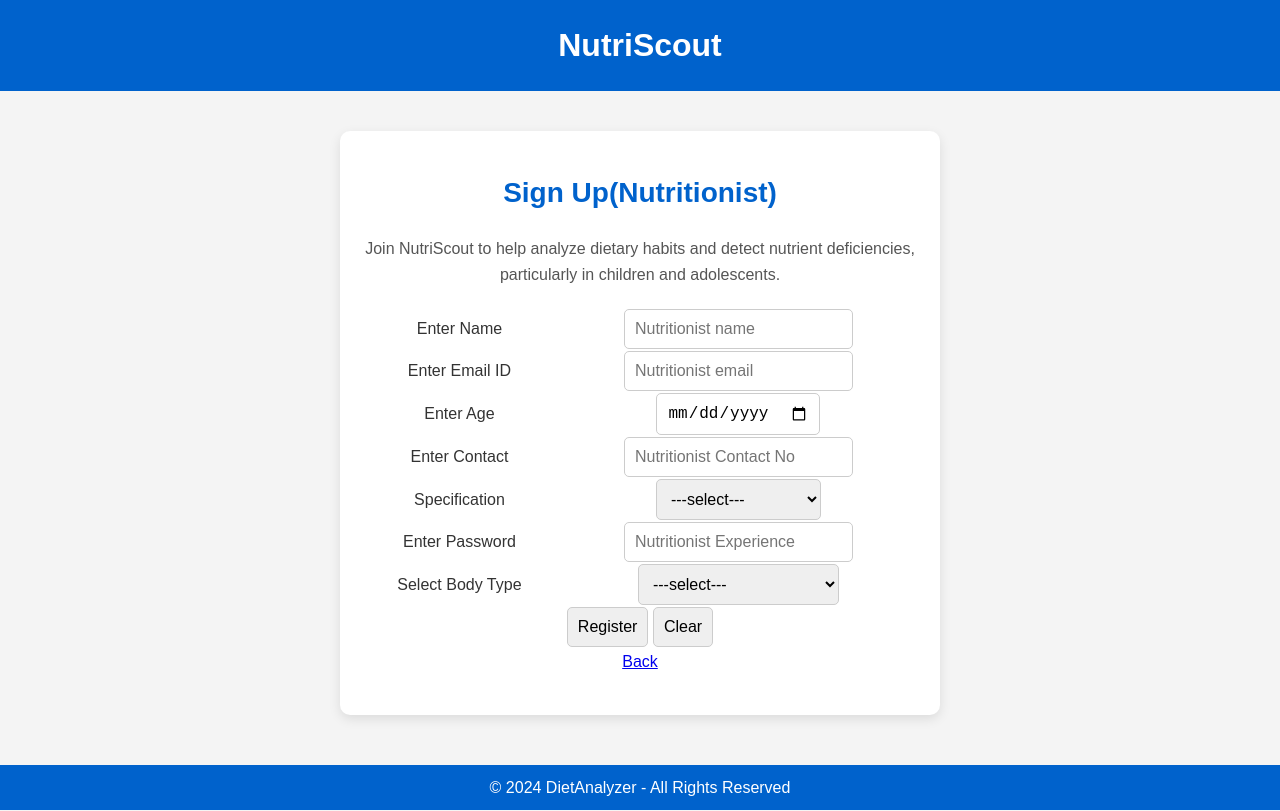
Repository: chaitanyasivathmika/NutrientDiet
Page: http://localhost/NutrientDiet/nusignup.jsp
These files come from the project's save history. The page is drawn as it stood at one moment and after a run of saves; the edit follows.
The browser window is 1280 px wide. The pictures show the whole page.
The page is served by Tomcat 10. Other server files are loaded and not shown.

Above is the page before, as saved 2024-11-16 16:29:50.

### NutrientDiet/src/main/webapp/nusignup.jsp
<%@ page language="java" contentType="text/html; charset=UTF-8"
    pageEncoding="UTF-8"%>
<!DOCTYPE html>
<html lang="en">
<head>
    <meta charset="UTF-8">
    <meta name="viewport" content="width=device-width, initial-scale=1.0">
    <title>Sign Up(Nutritionist) - NutriScout</title>
    <style>
        /* General Styling */
* {
    margin: 0;
    padding: 0;
    box-sizing: border-box;
}

body {
    font-family: 'Arial', sans-serif;
    background-color: #f4f4f4;
    color: #333;
    line-height: 1.6;
}

/* Header */
header {
    background-color: #0062cc;
    color: white;
    padding: 20px 0;
    text-align: center;
}

.logo h1 {
    font-size: 32px;
    font-weight: bold;
}

/* Signup Form */
main {
    padding: 40px 20px;
    max-width: 600px;
    margin: 40px auto;
    background-color: white;
    box-shadow: 0 4px 12px rgba(0, 0, 0, 0.1);
    border-radius: 10px;
    text-align: center;
}

.signup-form h2 {
    font-size: 28px;
    color: #0062cc;
    margin-bottom: 20px;
}

.signup-form p {
    font-size: 16px;
    margin-bottom: 20px;
    color: #555;
}

.signup-form form {
    display: flex;
    flex-direction: column;
    gap: 15px;
}

.signup-form label {
    font-size: 16px;
    text-align: left;
    color: #333;
}

.signup-form input, .signup-form select {
    padding: 10px;
    font-size: 16px;
    border: 1px solid #ccc;
    border-radius: 5px;
}

.signup-form input:focus, .signup-form select:focus {
    outline: none;
    border-color: #007bff;
}

.submit-btn {
    background-color: #007bff;
    color: white;
    padding: 12px 20px;
    border: none;
    border-radius: 5px;
    cursor: pointer;
    font-size: 18px;
    margin-top: 10px;
    transition: background-color 0.3s ease;
}

.submit-btn:hover {
    background-color: #0056b3;
}

.back-btn {
    background-color: #dc3545;
    color: white;
    padding: 10px 20px;
    border: none;
    border-radius: 5px;
    cursor: pointer;
    font-size: 16px;
    margin-top: 15px;
    transition: background-color 0.3s ease;
}

.back-btn:hover {
    background-color: #c82333;
}

/* Footer */
footer {
    text-align: center;
    padding: 10px 0;
    background-color: #0062cc;
    color: white;
    margin-top: 50px;
}

    </style>
</head>
<body>
    <header>
        <div class="nav-bar">
            <div class="logo">
                <h1>NutriScout</h1>
            </div>
        </div>
    </header>

    <main>
        <section class="signup-form">
            <h2>Sign Up(Nutritionist)</h2>
            <p>Join NutriScout to help analyze dietary habits and detect nutrient deficiencies, particularly in children and adolescents.</p>

            <form method="post" action="insertuser"> <!-- forced mapping/ method in the contoller -->
            <table>
               <tr>
                    <td><label for="nname">Enter Name</label></td>
                    <td><input type="text" id="nname" name="nname" required placeholder="Nutritionist name"/></td>
                </tr>
                <tr>
                    <td><label for="nemail">Enter Email ID</label></td>
                    <td><input type="email" id="nemail" name="nemail" required placeholder="Nutritionist email"/></td>
                </tr>
                <tr>
                    <td><label for="nage">Enter Age</label></td>
                    <td><input type="date" id="nage" name="nage" required placeholder="Nutritionist age"/></td>
                </tr>
                <tr>
                    <td><label for="ncontact">Enter Contact</label></td>
                    <td><input type="number" id="ncontact" name="ncontact" required placeholder="Nutritionist Contact No"/></td>
                </tr>
                 <tr>
                    <td><label>Specification</label></td>
                    <td>
                        <select id="nspecification" name="nspecification" required>
                        	<option value="">---select---</option>
                            <option value="general">General(Overall)</option>
                            <option value="cardiac">Cardiac</option>
                            <option value="sportsnutritionist">Sports Nutrtionist</option>
                            <option value="child">Child</option>
                            <option value="aged">Aged</option>
                        </select>
                    </td>
                </tr>
                 <tr>
                    <td><label for="nexperience">Enter Password</label></td>
                    <td><input type="text" id="nexperience" name="nexperience" required placeholder="Nutritionist Experience"/></td>
                </tr>

                <tr>
                    <td><label>Select Body Type</label></td>
                    <td>
                        <select id="ubodytype" name="ubodytype" required>
                        	<option value="">---select---</option>
                            <option value="Girl_Athletics">Girl_Athletics</option>
                            <option value="Girl_HourGlass">Girl_HourGlass</option>
                            <option value="Girl_InvertedTriangle">Girl_InvertedTriangle</option>
                            <option value="Girl_Rectangle">Girl_Rectangle</option>
                            <option value="Girl_Round">Girl_Round</option>
                            <option value="Girl_Ectomorph">Girl_Ectomorph</option>
                            <option value="Girl_Endomorph">Girl_Endomorph</option>
                            <option value="Girl_Mesomorph">Girl_Mesomorph</option>
                            <option value="M_Ectomorph(12-20)">M_Ectomorph(12-20)</option>
                            <option value="M_Endomorph(12-20)">M_Endomorph(12-20)</option>
                            <option value="M_Mesomorph(12-20)">M_Mesomorph(12-20)</option>
                            <option value="M_Ectomorph(20-45)">M_Ectomorph(20-45)</option>
                            <option value="M_Endomorph(20-45)">M_Endomorph(20-45)</option>
                            <option value="M_Mesomorph(20-45)">M_Mesomorph(20-45)</option>
                        </select>
                    </td>
                </tr>
                <tr>
                    <td colspan="2" class="button-container">
                        <input type="submit" value="Register"/>
                        <input type="reset" value="Clear"/>
                    </td>
                </tr>
            </table>
        </form>

            <a href="/">Back</a>
        </section>
    </main>

    <footer>
        <p>© 2024 DietAnalyzer - All Rights Reserved</p>
    </footer>
</body>
</html>

After the next 2 saves:
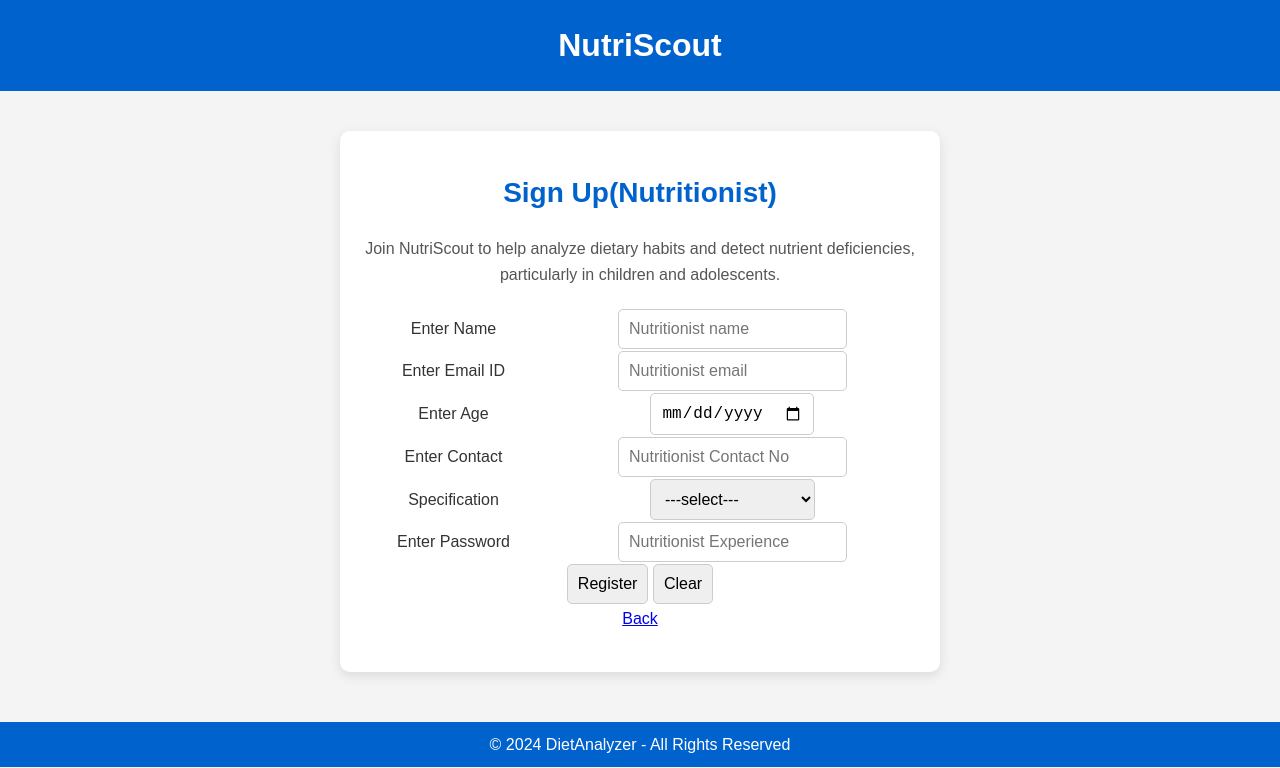
The 2 saves are shown as one change because they came seconds apart.
The last was saved 23 s later.
--- a/NutrientDiet/src/main/webapp/nusignup.jsp
+++ b/NutrientDiet/src/main/webapp/nusignup.jsp
@@ -174,28 +174,8 @@ footer {
                     <td><input type="text" id="nexperience" name="nexperience" required placeholder="Nutritionist Experience"/></td>
                 </tr>
 
-                <tr>
-                    <td><label>Select Body Type</label></td>
-                    <td>
-                        <select id="ubodytype" name="ubodytype" required>
-                        	<option value="">---select---</option>
-                            <option value="Girl_Athletics">Girl_Athletics</option>
-                            <option value="Girl_HourGlass">Girl_HourGlass</option>
-                            <option value="Girl_InvertedTriangle">Girl_InvertedTriangle</option>
-                            <option value="Girl_Rectangle">Girl_Rectangle</option>
-                            <option value="Girl_Round">Girl_Round</option>
-                            <option value="Girl_Ectomorph">Girl_Ectomorph</option>
-                            <option value="Girl_Endomorph">Girl_Endomorph</option>
-                            <option value="Girl_Mesomorph">Girl_Mesomorph</option>
-                            <option value="M_Ectomorph(12-20)">M_Ectomorph(12-20)</option>
-                            <option value="M_Endomorph(12-20)">M_Endomorph(12-20)</option>
-                            <option value="M_Mesomorph(12-20)">M_Mesomorph(12-20)</option>
-                            <option value="M_Ectomorph(20-45)">M_Ectomorph(20-45)</option>
-                            <option value="M_Endomorph(20-45)">M_Endomorph(20-45)</option>
-                            <option value="M_Mesomorph(20-45)">M_Mesomorph(20-45)</option>
-                        </select>
-                    </td>
-                </tr>
+
+
                 <tr>
                     <td colspan="2" class="button-container">
                         <input type="submit" value="Register"/>
